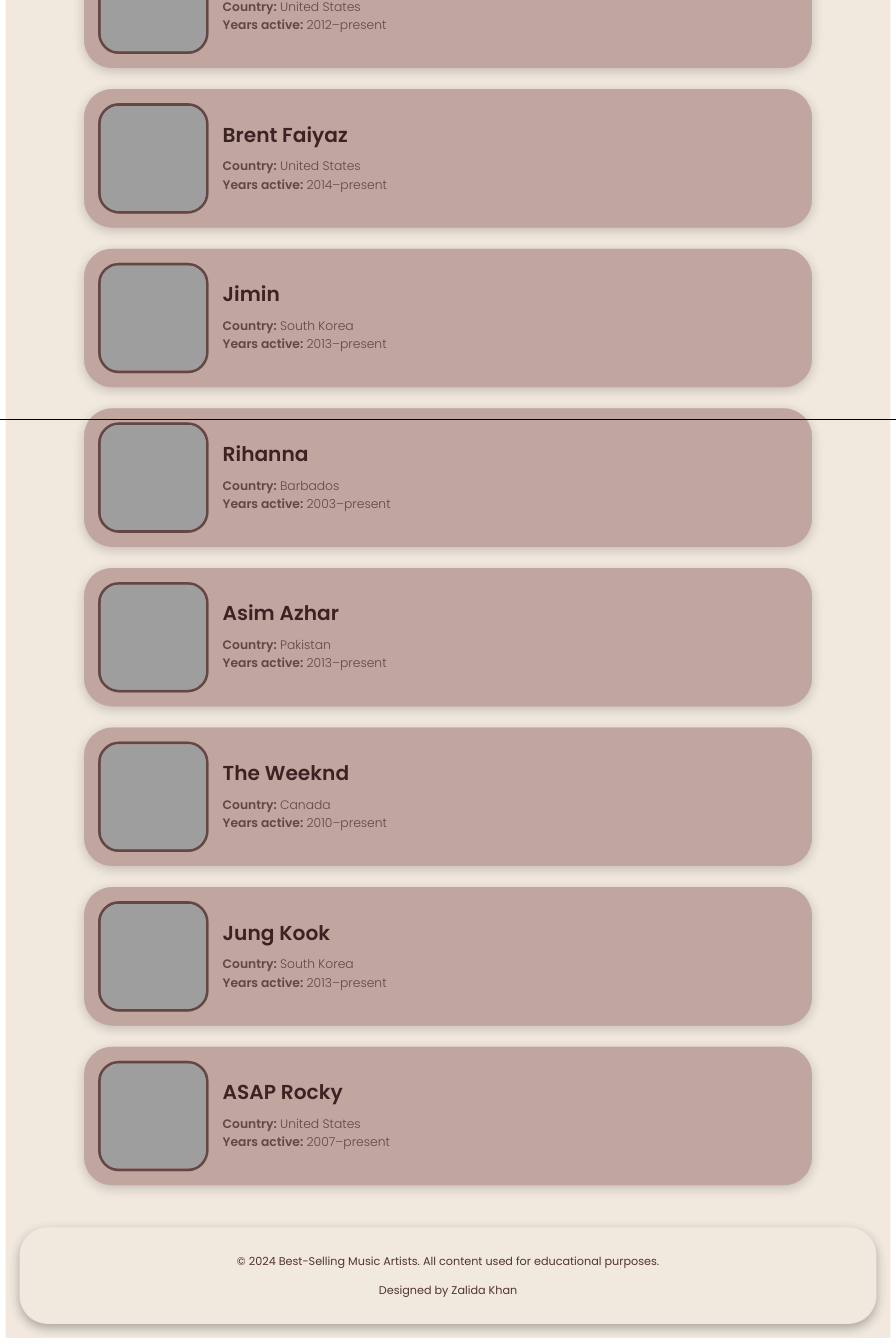
Repository: Zalida-Khan/Frontend-Lab2
Page: /
The author's editor kept a copy of each file at every save. The page is drawn from the files as they stood at one save, then again after the next save.
The browser window is 1280 px wide. The pictures show the part of the page from y = 2305 to 4225 px (the page is 4225 px tall), at 70% of full size.
Pictures or frames that could not be fetched are drawn as grey boxes. The project was rebuilt for these pictures with package versions that can differ from the ones it lists, and the page was loaded fresh each time. Also part of the build but not shown: vite.config.js.

Above is the page before, as saved 2024-10-04 02:27:52.

After the next save:
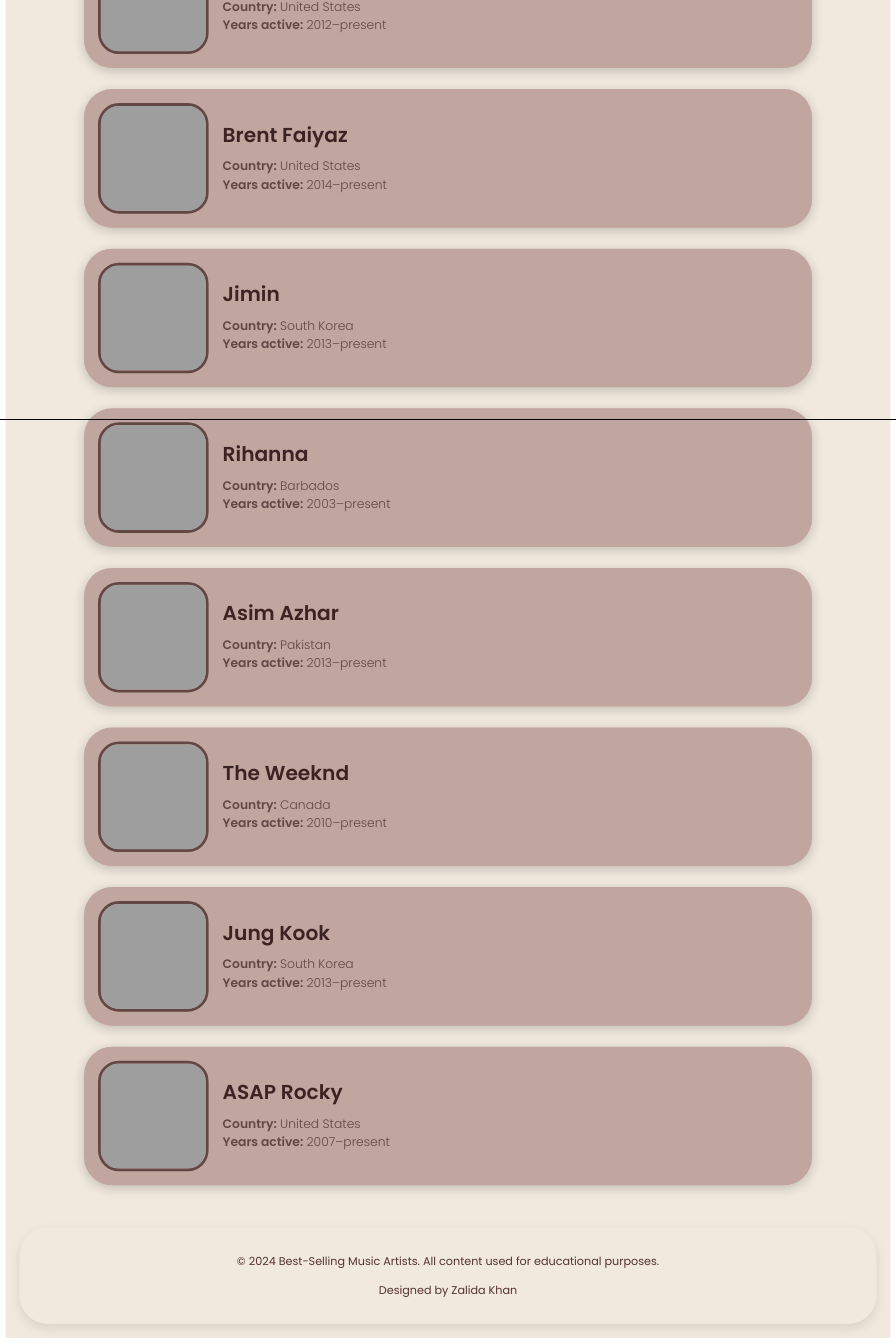
Saved 9 s later.
--- a/src/index.css
+++ b/src/index.css
@@ -86,5 +86,5 @@
     border-radius: 40px;
     margin-top: 30px;
     background-color: rgb(241, 233, 222);
-    box-shadow: 0 6px 15px rgba(0, 0, 0, 0.3);
+    box-shadow: 0 6px 15px rgba(0, 0, 0, 0.1);
 }
